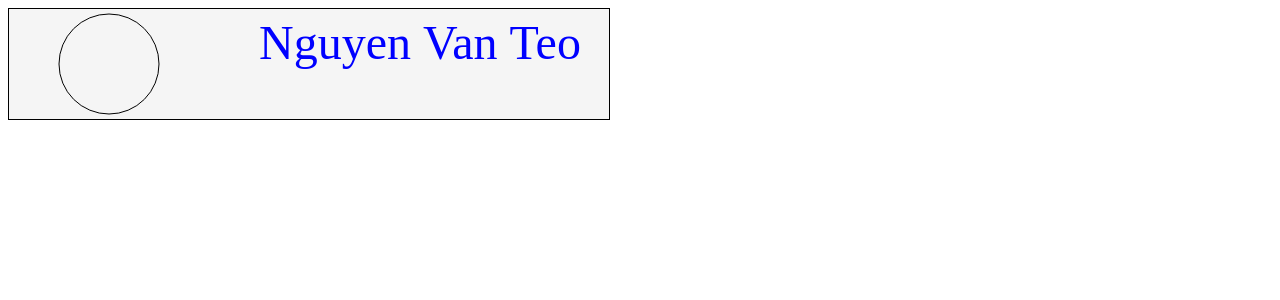
Repository: Nghia19/WEB20022-_00
Page: HTML5_CSS3/bai-4.html
The author's editor kept a copy of each file at every save. The page is drawn from the files as they stood at one save, then again after the next save.
The browser window is 1280 px wide. The pictures show the whole page.

Above is the page before, as saved 2021-06-26 13:21:39.

After the next save:
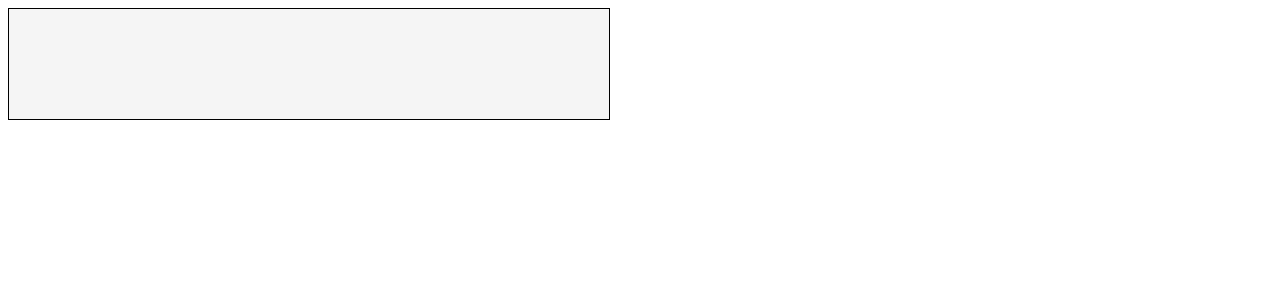
Console error: TypeError: Cannot set properties of undefined (setting 'font')
Saved 52 s later.
--- a/HTML5_CSS3/bai-4.html
+++ b/HTML5_CSS3/bai-4.html
@@ -1,38 +1,39 @@
 <!DOCTYPE html>
 <html lang="en">
+
 <head>
   <meta charset="UTF-8">
   <meta http-equiv="X-UA-Compatible" content="IE=edge">
   <meta name="viewport" content="width=device-width, initial-scale=1.0">
   <title>Document</title>
 </head>
+
 <body>
   <header class="header">
-    <canvas id="arcexmaple"
-
-width="600" height="110"
-style="background: whitesmoke; border-color: aqua; border: 1px solid #000;" >
+    <canvas id="arcexmaple" width="600" height="110"
+      style="background: whitesmoke; border-color: aqua; border: 1px solid #000;">
 
 
-</canvas>
+    </canvas>
 
-<script>
-var ctx = document.getElementById('arcexmaple').getContext('2d');
+    <script>
+       var canvas = document.getElementById('arcexmaple');
 
-    ctx.font = '48px serif';
-    ctx.fillStyle = 'blue';
-    ctx.fillText('Nguyen Van Teo', 250, 50);
-var canvas = document.getElementById('arcexmaple');
-var ctx = canvas.getContext('2d');
+      ctx.font = '48px serif';
+      ctx.fillStyle = 'blue';
+      ctx.fillText('Nguyen Van Teo', 250, 50);
 
-ctx.beginPath();
-ctx.arc(100, 55, 50, 0, 2*Math.PI);
-ctx.stroke();
+      var ctx = canvas.getContext('2d');
+
+      ctx.beginPath();
+      ctx.arc(100, 55, 50, 0, 2 * Math.PI);
+      ctx.stroke();
 
 
 
 
 
-</script>
+    </script>
 </body>
+
 </html>

After the save that followed:
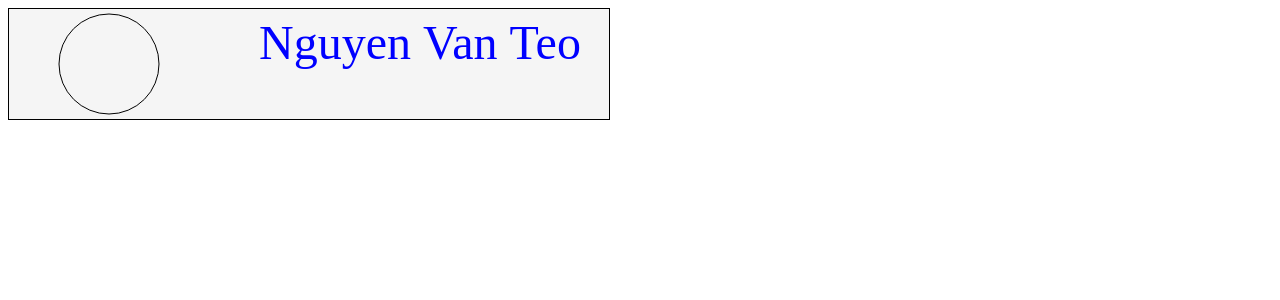
The error is gone.
Saved 15 s later.
--- a/HTML5_CSS3/bai-4.html
+++ b/HTML5_CSS3/bai-4.html
@@ -12,27 +12,16 @@
   <header class="header">
     <canvas id="arcexmaple" width="600" height="110"
       style="background: whitesmoke; border-color: aqua; border: 1px solid #000;">
-
-
     </canvas>
-
     <script>
-       var canvas = document.getElementById('arcexmaple');
-
+      var canvas = document.getElementById('arcexmaple');
+      var ctx = canvas.getContext('2d');
       ctx.font = '48px serif';
       ctx.fillStyle = 'blue';
       ctx.fillText('Nguyen Van Teo', 250, 50);
-
-      var ctx = canvas.getContext('2d');
-
       ctx.beginPath();
       ctx.arc(100, 55, 50, 0, 2 * Math.PI);
       ctx.stroke();
-
-
-
-
-
     </script>
 </body>
 
